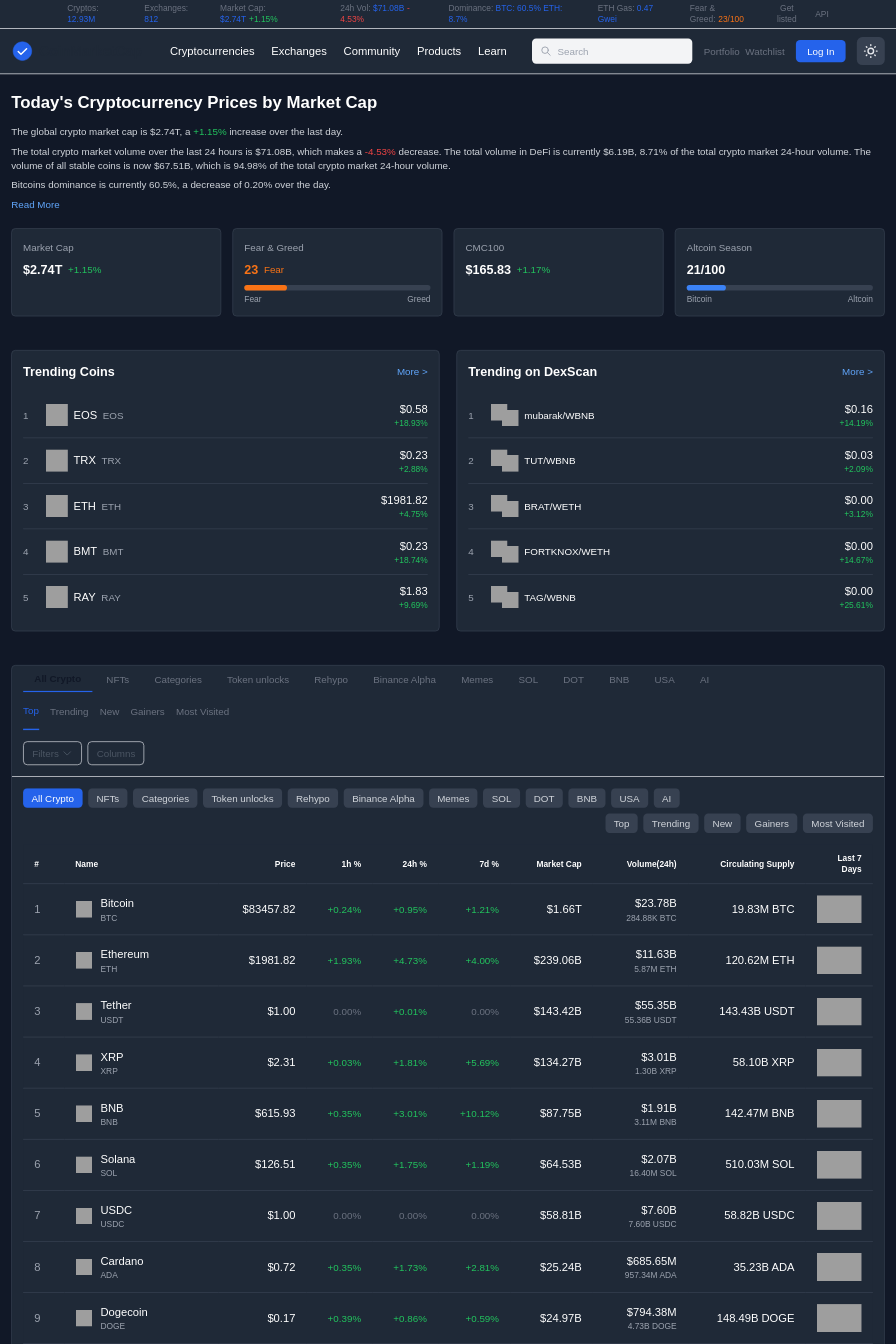
Repository: halilhaninan/testcmc
Page: /
The author's editor kept a copy of each file at every save. The page is drawn from the files as they stood at one save, then again after the next save.
The browser window is 1280 px wide. The pictures show the part of the page from y = 0 to 1920 px (the page is 2963 px tall), at 70% of full size.
Pictures or frames that could not be fetched are drawn as grey boxes. The project was rebuilt for these pictures with package versions that can differ from the ones it lists, and the page was loaded fresh each time. Also part of the build but not shown: vite.config.ts.

Above is the page before, as saved 2025-04-07 20:38:29.

After the next save:
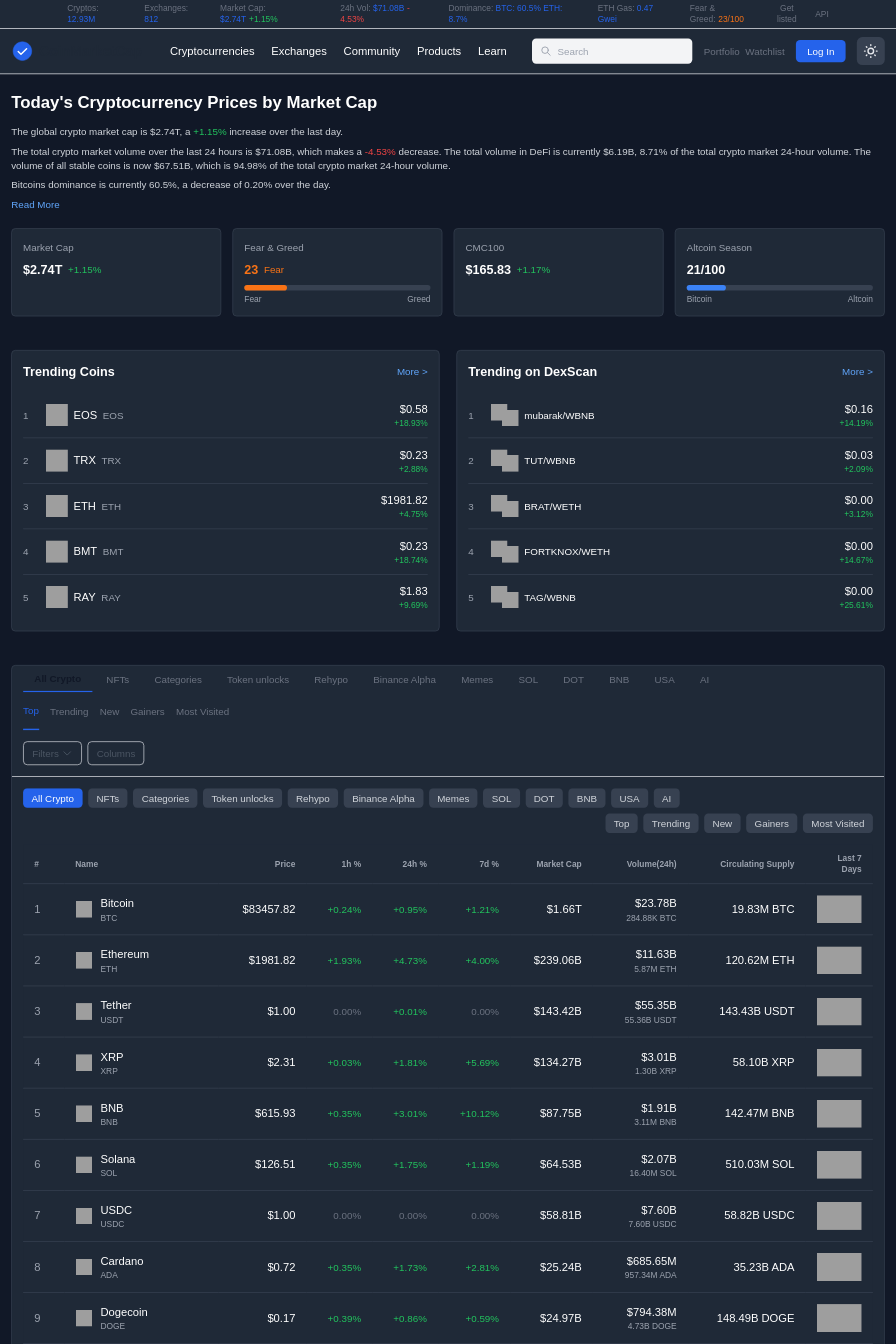
Saved 74 s later.
--- a/src/components/ui/CryptoTable.tsx
+++ b/src/components/ui/CryptoTable.tsx
@@ -70,7 +70,7 @@
 
       <table className="min-w-full bg-white dark:bg-gray-800">
         <thead>
-          <tr className="border-b border-gray-200 text-xs text-gray-500 dark:border-gray-700 dark:text-white">
+          <tr className="border-b border-gray-200 text-xs text-gray-500 dark:border-gray-700 dark:text-gray-400">
             <th className="px-4 py-3 text-left">#</th>
             <th className="px-4 py-3 text-left">Name</th>
             <th className="px-4 py-3 text-right">Price</th>
